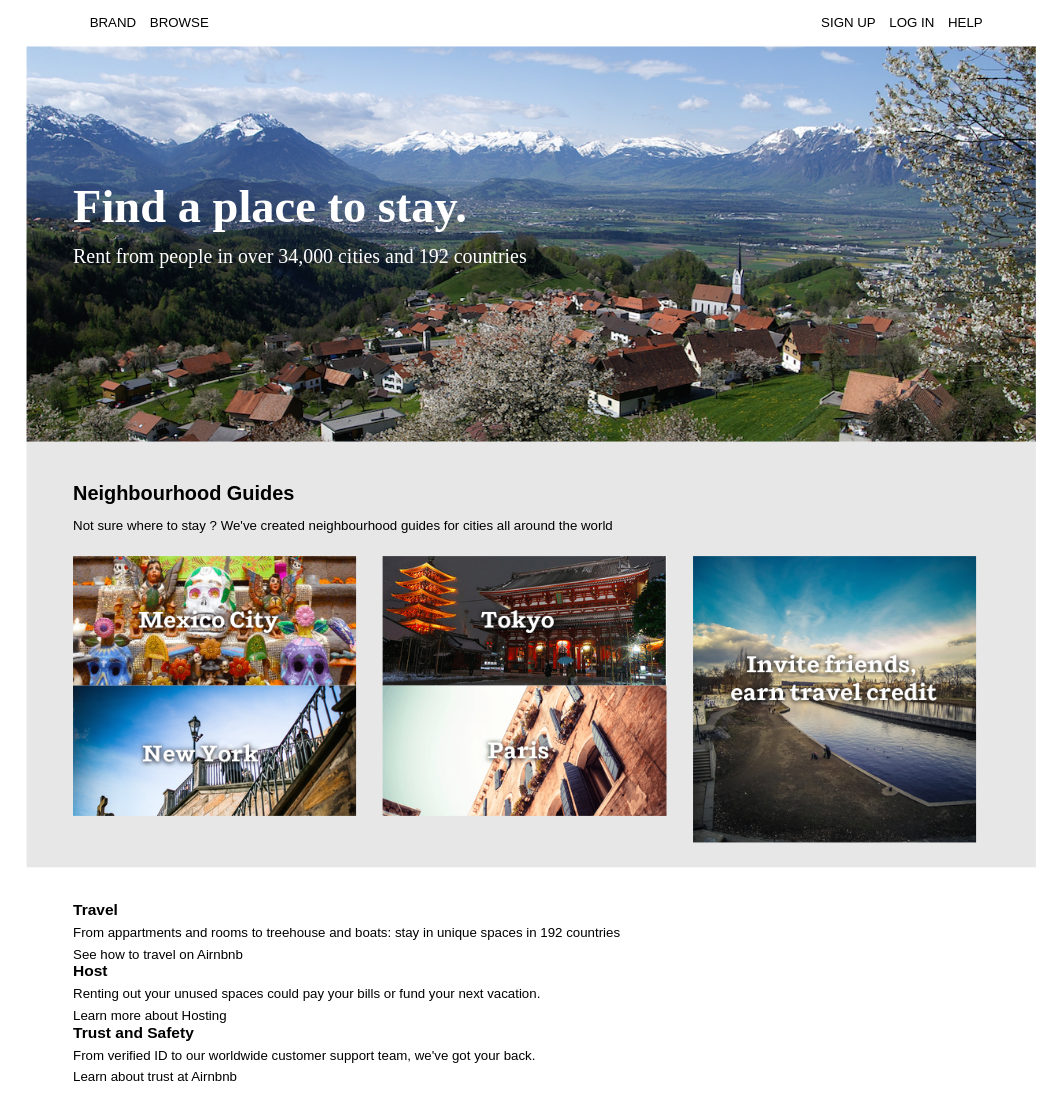
Repository: Naohonproject/web101x02_asm1
Page: Project2.html
The author's editor kept a copy of each file at every save. The page is drawn from the files as they stood at one save, then again after a run of saves.
The browser window is 1280 px wide. The pictures show the whole page, at 83% of full size.

Above is the page before, as saved 2022-01-15 22:15:13.

After the next 2 saves:
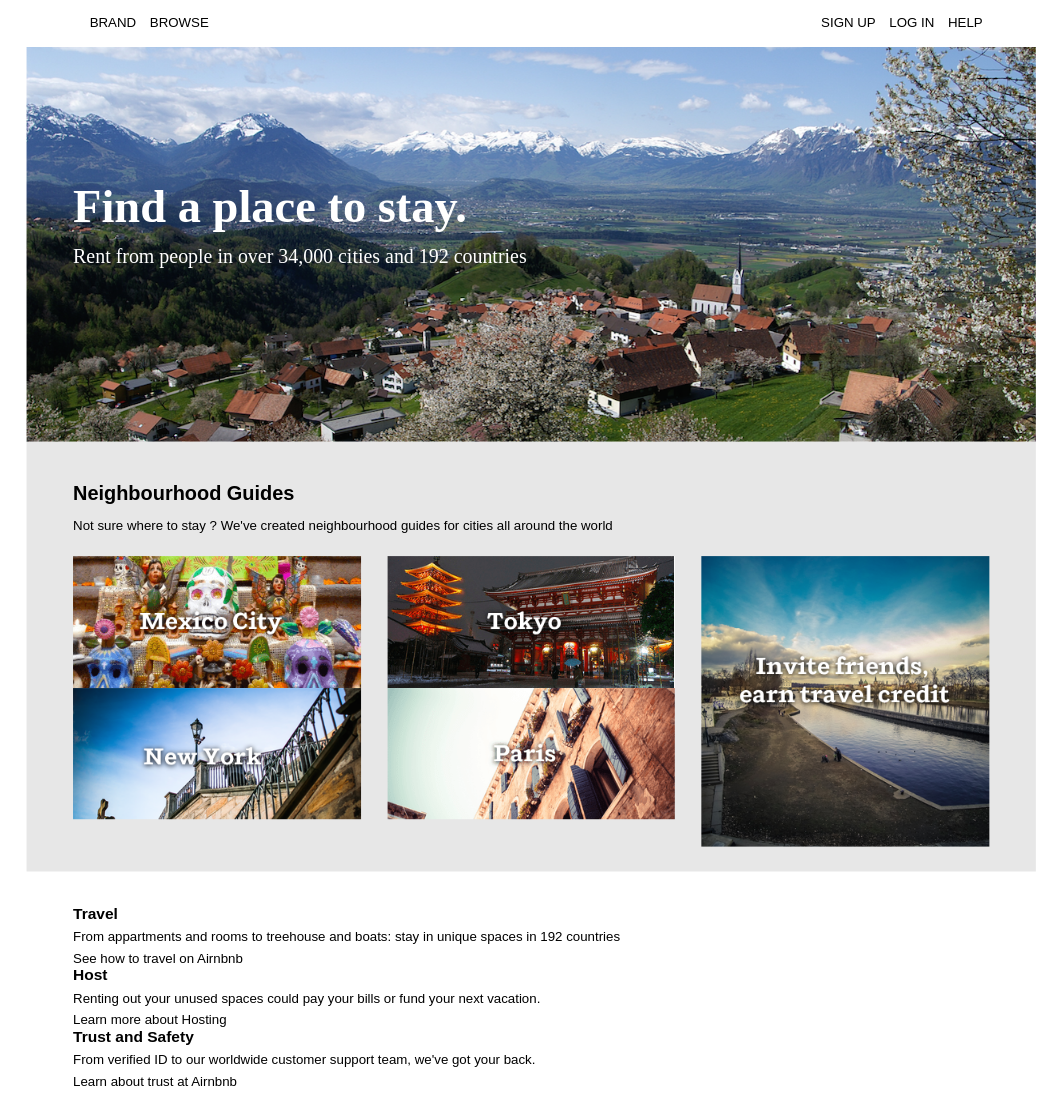
The 2 saves are shown as one change because they came seconds apart.
The last was saved 12 s later.
--- a/assets/css/style.css
+++ b/assets/css/style.css
@@ -145,6 +145,7 @@ p {
 
 #content .content-images-table {
 	margin-left: -16px;
+	margin-right: -16px;
 }
 #content img {
 	width: 100%;
